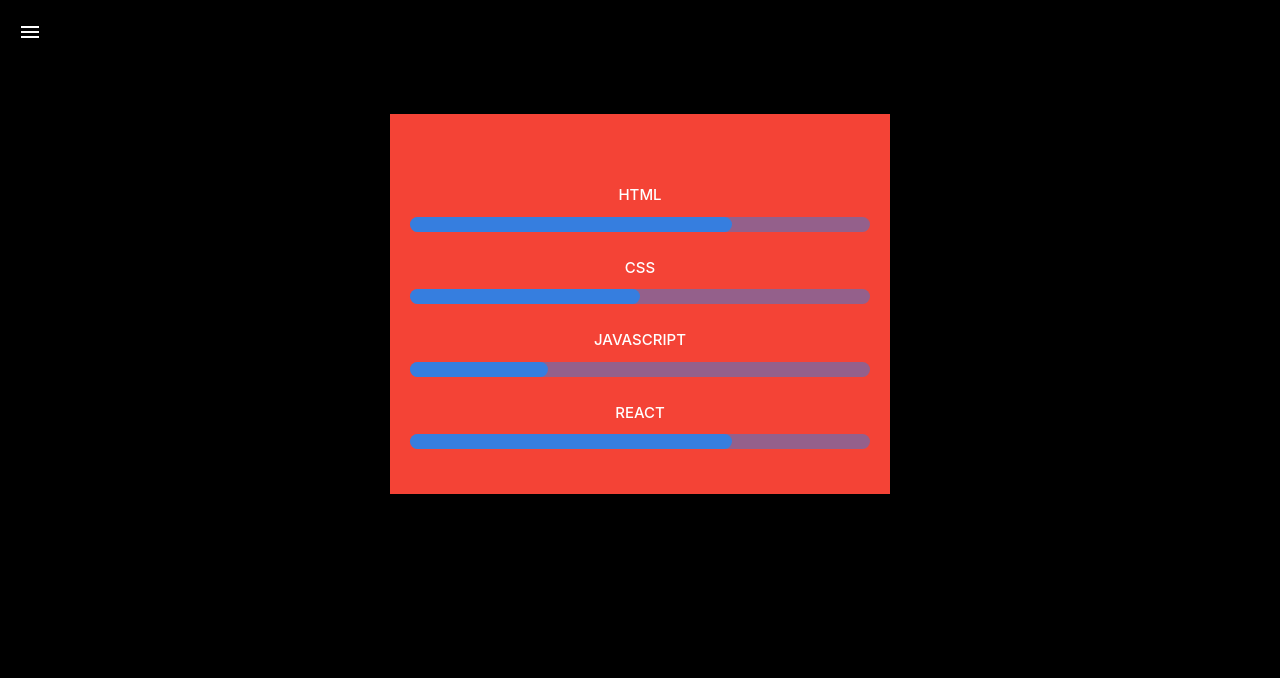
Repository: Ajtheult/portfolio.v3
Page: /skills
These files come from the project's save history. The page is drawn as it stood at one moment and after the next save; the edit follows.
The browser window is 1280 px wide. The pictures show the whole page.
Some web fonts or font styles are not loaded; a fallback is used. The project was rebuilt for these pictures with package versions that can differ from the ones it lists, and the page was loaded fresh each time. Also part of the build but not shown: src/components/layout/pages/Home.js, src/components/layout/pages/MyWork.js, src/components/layout/pages/Testimonials.js.

Above is the page before, as saved 2020-07-19 17:32:32.

After the next save:
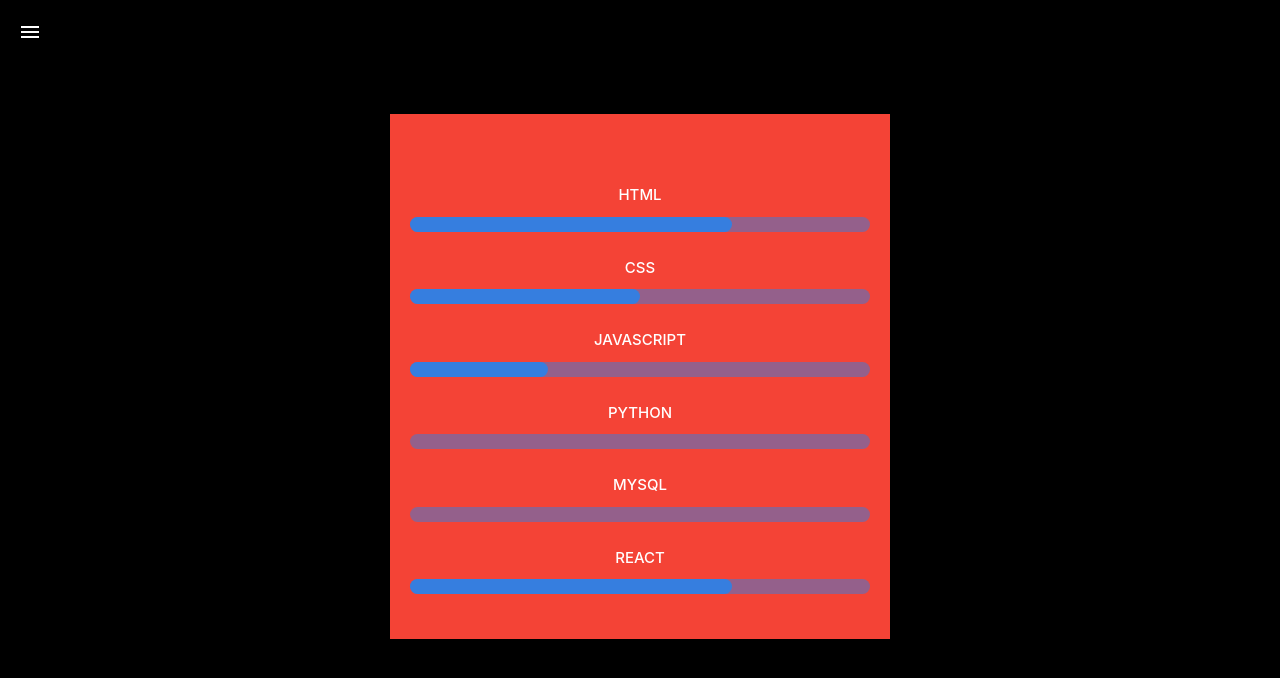
Saved 105 s later.
--- a/src/components/layout/pages/Skills.js
+++ b/src/components/layout/pages/Skills.js
@@ -7,6 +7,8 @@ export const Skills = () => {
         <li className="html skills_li">HTML</li>
         <li className="css skills_li">CSS</li>
         <li className="js skills_li">JavaScript</li>
+        <li className="py skills_li">Python</li>
+        <li className="sql skills_li">mySQL</li>
         <li className="react skills_li">React</li>
       </ul>
     </div>
